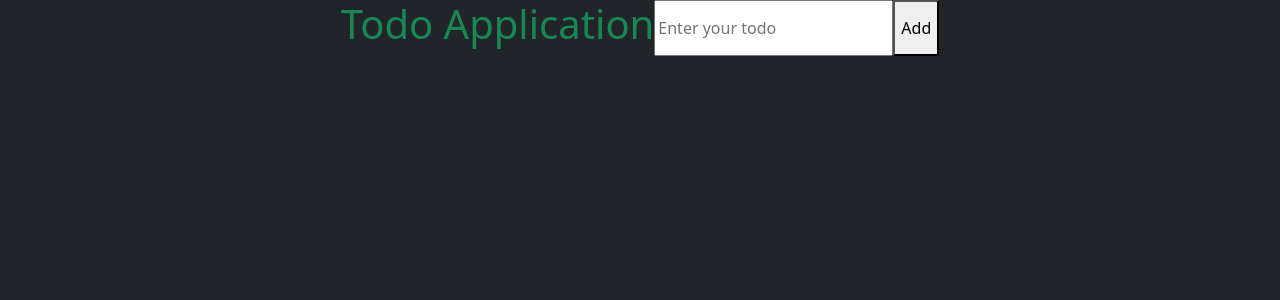
Repository: Alphosmart/param
Page: todo.html
The author's editor kept a copy of each file at every save. The page is drawn from the files as they stood at one save, then again after the next save.
The browser window is 1280 px wide. The pictures show the whole page.

Above is the page before, as saved 2024-07-01 08:38:08.

### todo.html
<!DOCTYPE html>
<html lang="en">
  <head>
    <meta charset="UTF-8" />
    <meta name="viewport" content="width=device-width, initial-scale=1.0" />
    <title>Todo</title>
    <link rel="stylesheet" href="style.css" />
    <link
      href="https://cdn.jsdelivr.net/npm/bootstrap@5.3.3/dist/css/bootstrap.min.css"
      rel="stylesheet"
      integrity="sha384-QWTKZyjpPEjISv5WaRU9OFeRpok6YctnYmDr5pNlyT2bRjXh0JMhjY6hW+ALEwIH"
      crossorigin="anonymous"
    />
  </head>

  <body class="bg-dark text-success">
    <div class="d-flex justify-content-center allign-items-center mt-10">
      <h1>Todo Application</h1>
      <input type="text" placeholder="Enter your todo" id="todo" />
      <button onclick="addTodo()">Add</button>
      <div id="showFace"></div>
    </div>

    <script src="script.js"></script>
  </body>
</html>

### style.css
.btnDelete {
    border: none;
    border-radius: 10%;
    padding: 10px;
    text-align: center;
    background-color: #ff0000;
    color: #fff;
}

### script.js
'use strict';

var allTodos = [];

function addTodo() {
  var inputs = document.getElementById('todo').value;
  if (inputs !== '') {
    allTodos.push(inputs);
    console.log(allTodos);
    document.getElementById('todo').value = '';
    displayTodo();
  } else {
    alert('Please enter something.');
  }
}

function displayTodo() {
  showFace.innerHTML = '';
  for (var i = 0; i < allTodos.length; i++) {
    showFace.innerHTML += `
      <h3>${i + 1}. ${allTodos[i]}</h3>
      <button class='btnDelete' onclick="deleteTodo(${i})">Delete</button>
      <button onclick="editTodo(${i})" style="color: orangered">Edit</button>
    `;
  }
}

function deleteTodo(index) {
  var confirmDelete = confirm('Are you sure you want to delete this item?');
  if (confirmDelete) {
    allTodos.splice(index, 1);
    displayTodo();
  }
}

function editTodo(index) {
  var newTodo = prompt('Edit your todo:', allTodos[index]);
  if (newTodo !== null && newTodo !== '') {
    allTodos[index] = newTodo;
    displayTodo();
  } else if (newTodo === '') {
    alert('The input cannot be empty.');
  }
}

After the next save:
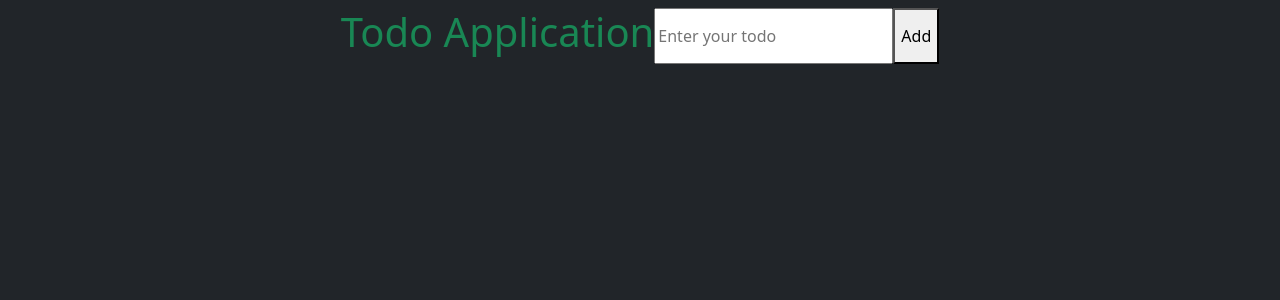
Saved 10 s later.
--- a/todo.html
+++ b/todo.html
@@ -14,7 +14,7 @@
   </head>
 
   <body class="bg-dark text-success">
-    <div class="d-flex justify-content-center allign-items-center mt-10">
+    <div class="d-flex justify-content-center allign-items-center mt-2">
       <h1>Todo Application</h1>
       <input type="text" placeholder="Enter your todo" id="todo" />
       <button onclick="addTodo()">Add</button>
